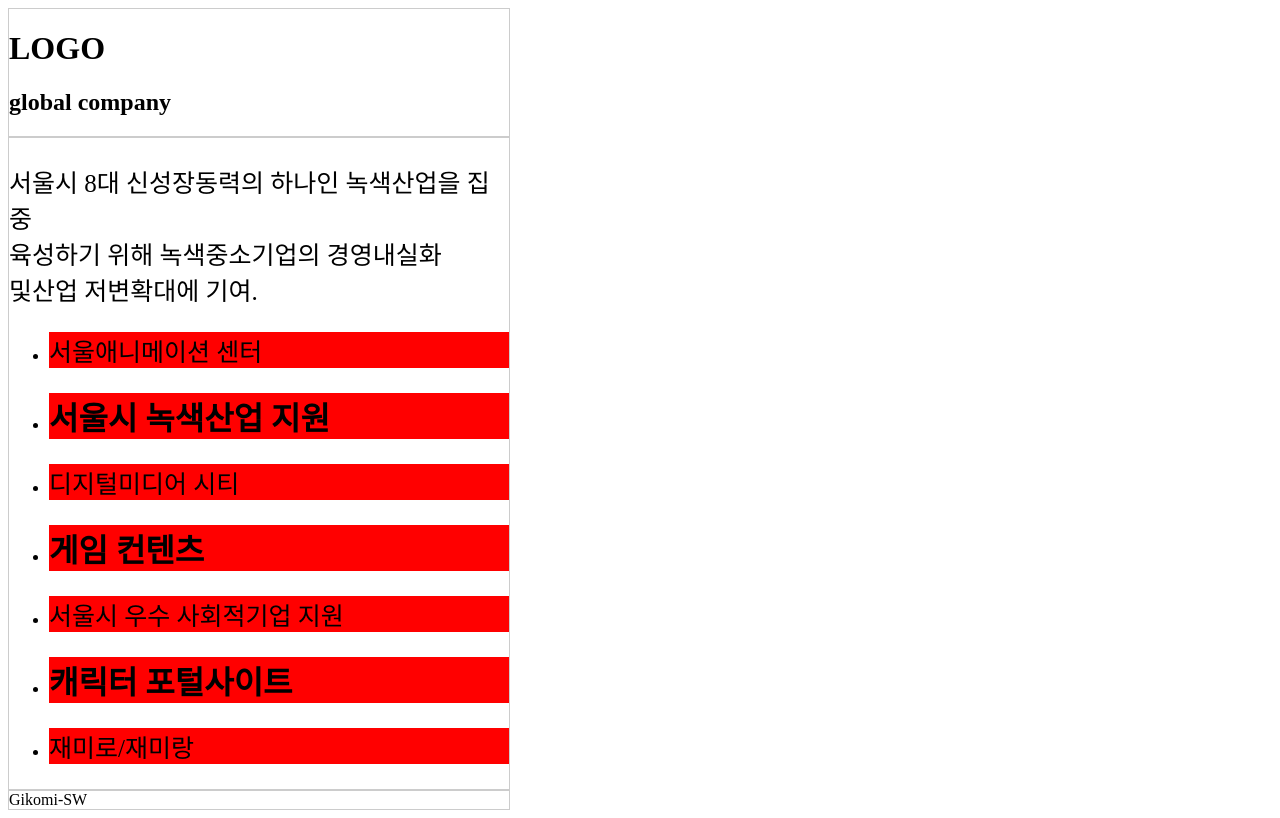
Repository: luna2222/web
Page: 01HTML5/WebContent/[8강]CSS3선택자2/08_05.html
These files come from the project's save history. The page is drawn as it stood at one moment and after the next save; the edit follows.
The browser window is 1280 px wide. The pictures show the whole page.

Above is the page before, as saved 2019-02-19 09:56:37.

### 01HTML5/WebContent/[8강]CSS3선택자2/08_05.html
<!DOCTYPE html>
<html>
<head>
<meta charset="UTF-8">
<title>Insert title here</title>
<!-- 선택자 자손 후손 -->
	<style >
		#header,#wrap,#footer{
				border: 1px solid #cccccc;
				width:500px;
			}

			div li{
				background-color:red;
			}
			div p{
				font-size:25px;
			}
			div>h1{

				font-weight:bold;
				colar:yellow;
			}
	</style>
</head>
<body>
	 <div id="header">
	 	<div class="logo">
	 		<h1>LOGO</h1>
	 		</div>
	 		<div class="copy">
	 		<h2>global company</h2>
	 		</div>
	 	</div>
	 	<div id="wrap">
	 	<p>서울시 8대 신성장동력의 하나인 녹색산업을 집중 <br/>
	 	육성하기 위해  녹색중소기업의 경영내실화 <br/>
	 	 및산업 저변확대에 기여.</p>

	 	<ul>
	 		<li><p> 서울애니메이션 센터</p></li>
	 		<li><h1> 서울시 녹색산업 지원</h1></li>
	 		<li><p> 디지털미디어 시티</p></li>
	 		<li><h1> 게임 컨텐츠</h1></li>
	 		<li><p> 서울시 우수 사회적기업 지원 </p></li>
	 		<li><h1>캐릭터 포털사이트 </h1></li>
	 		<li><p> 재미로/재미랑</p></li>
	 	</ul>
	 </div>
	 <div id="footer">
		 Gikomi-SW
	 </div>
</body>
</html>

After the next save:
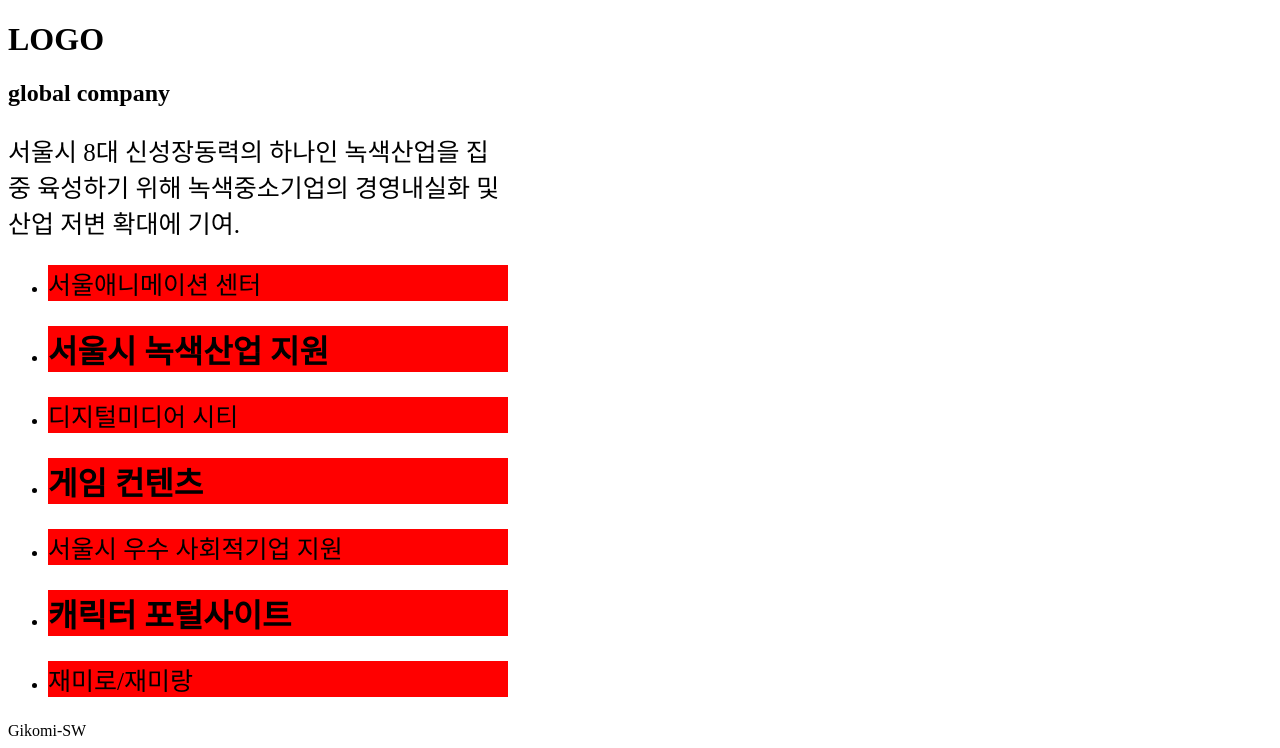
Saved 7 min 3 s later.
--- a/01HTML5/WebContent/[8강]CSS3선택자2/08_05.html
+++ b/01HTML5/WebContent/[8강]CSS3선택자2/08_05.html
@@ -6,7 +6,7 @@
 <!-- 선택자 자손 후손 -->
 	<style >
 		#header,#wrap,#footer{
-				border: 1px solid #cccccc;
+				border:px solid #cccccc;
 				width:500px;
 			}
 
@@ -17,8 +17,7 @@
 				font-size:25px;
 			}
 			div>h1{
-
-				font-weight:bold;
+			    font-weight:bold;
 				colar:yellow;
 			}
 	</style>
@@ -29,13 +28,13 @@
 	 		<h1>LOGO</h1>
 	 		</div>
 	 		<div class="copy">
-	 		<h2>global company</h2>
+	 			<h2>global company</h2>
 	 		</div>
 	 	</div>
 	 	<div id="wrap">
-	 	<p>서울시 8대 신성장동력의 하나인 녹색산업을 집중 <br/>
-	 	육성하기 위해  녹색중소기업의 경영내실화 <br/>
-	 	 및산업 저변확대에 기여.</p>
+	 	<p>서울시 8대 신성장동력의 하나인 녹색산업을 집중
+	 	육성하기 위해  녹색중소기업의 경영내실화 및산업
+	    저변 확대에 기여.</p>
 
 	 	<ul>
 	 		<li><p> 서울애니메이션 센터</p></li>
